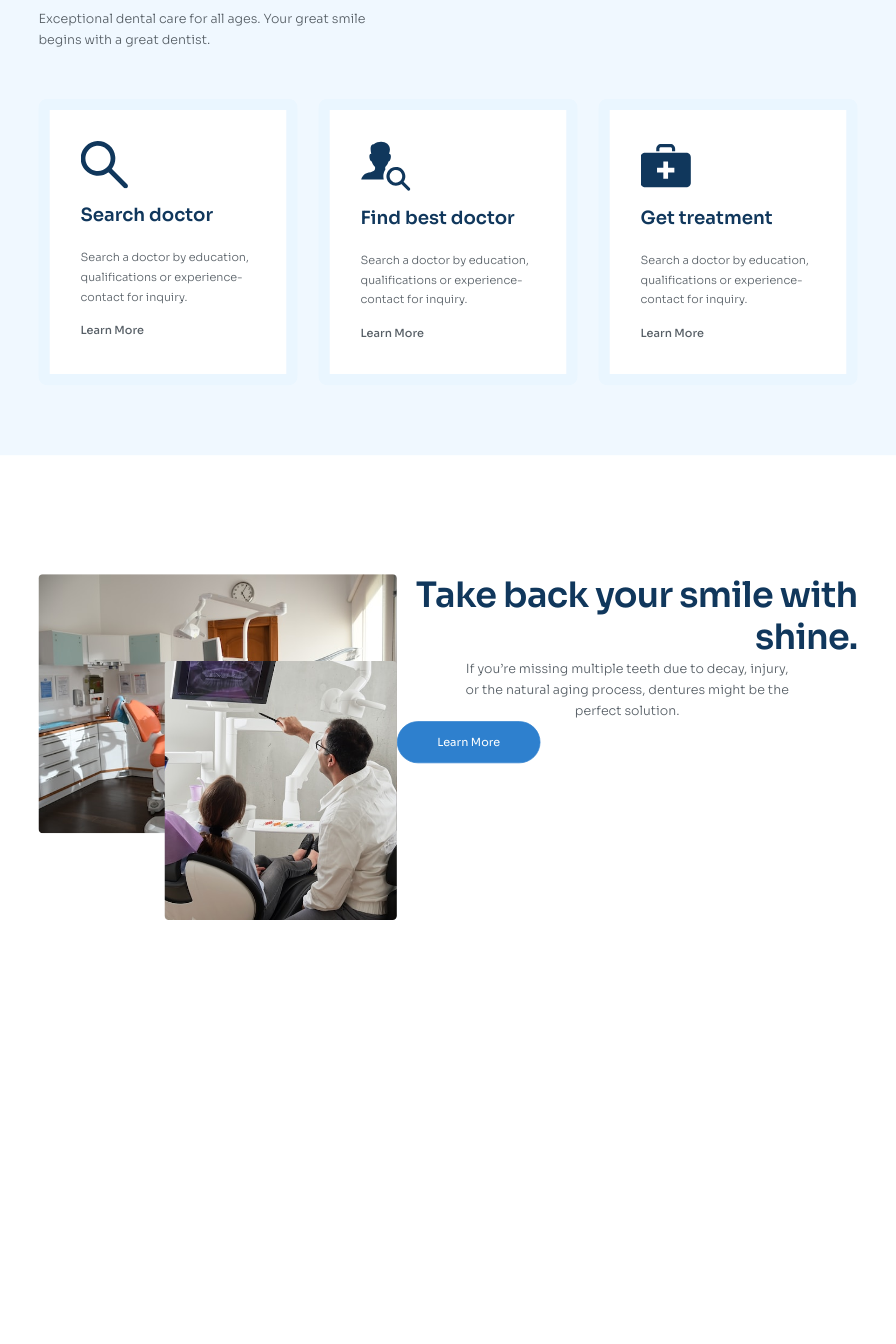
Repository: han2003dz/f8-project-03
Page: index.html
The author's editor kept a copy of each file at every save. The page is drawn from the files as they stood at one save, then again after a run of saves.
The browser window is 1280 px wide. The pictures show the part of the page from y = 2035 to 3955 px (the page is 6000 px tall), at 70% of full size.

Above is the page before, as saved 2023-05-06 21:54:19.

After the next 2 saves:
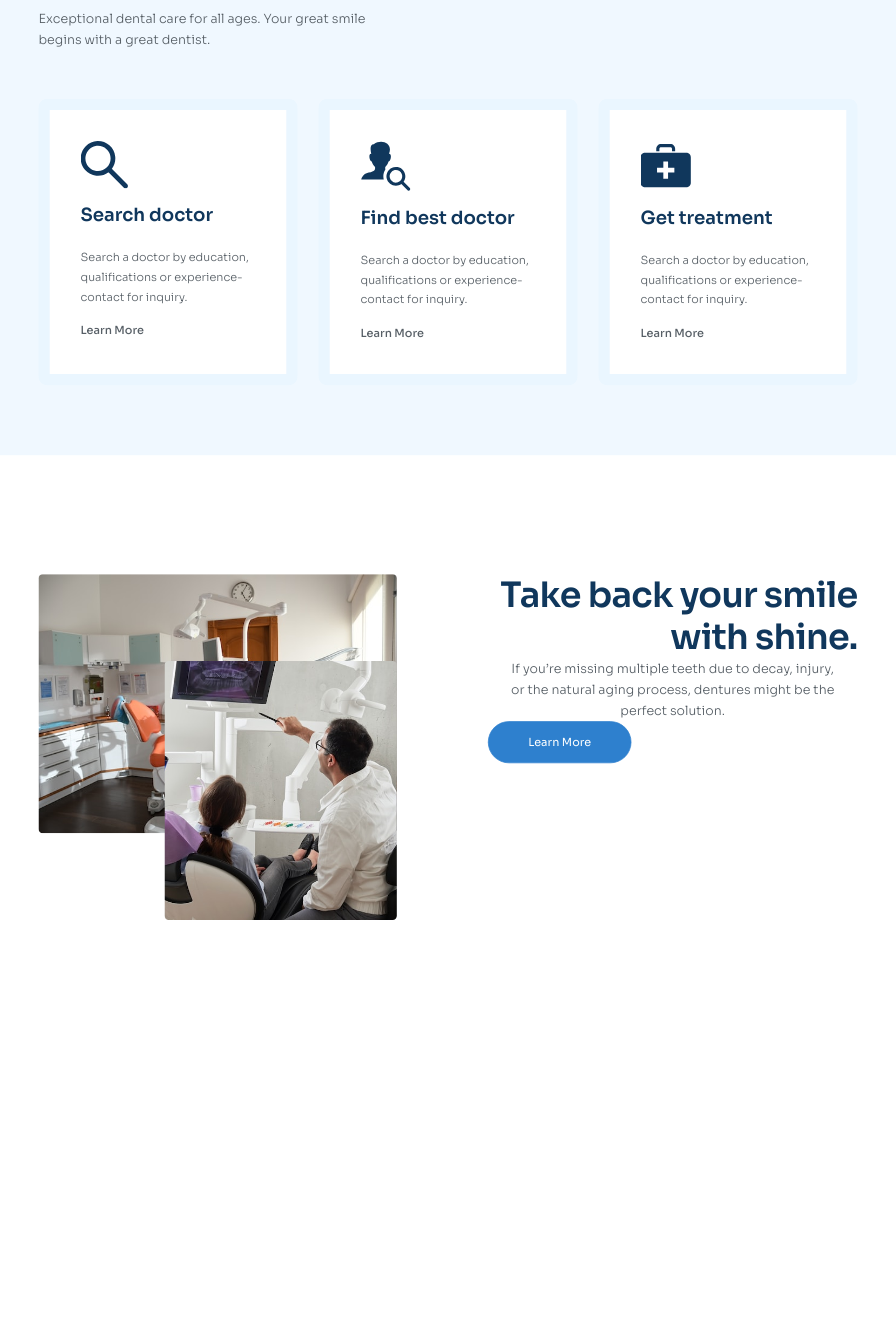
The 2 saves are shown as one change because they came seconds apart.
The last was saved 44 s later.
--- a/assets/css/style.css
+++ b/assets/css/style.css
@@ -354,6 +354,7 @@ a {
 }
 .feature-body {
   display: flex;
+  gap: 130px;
 }
 .feature__media {
   width: 48%;
